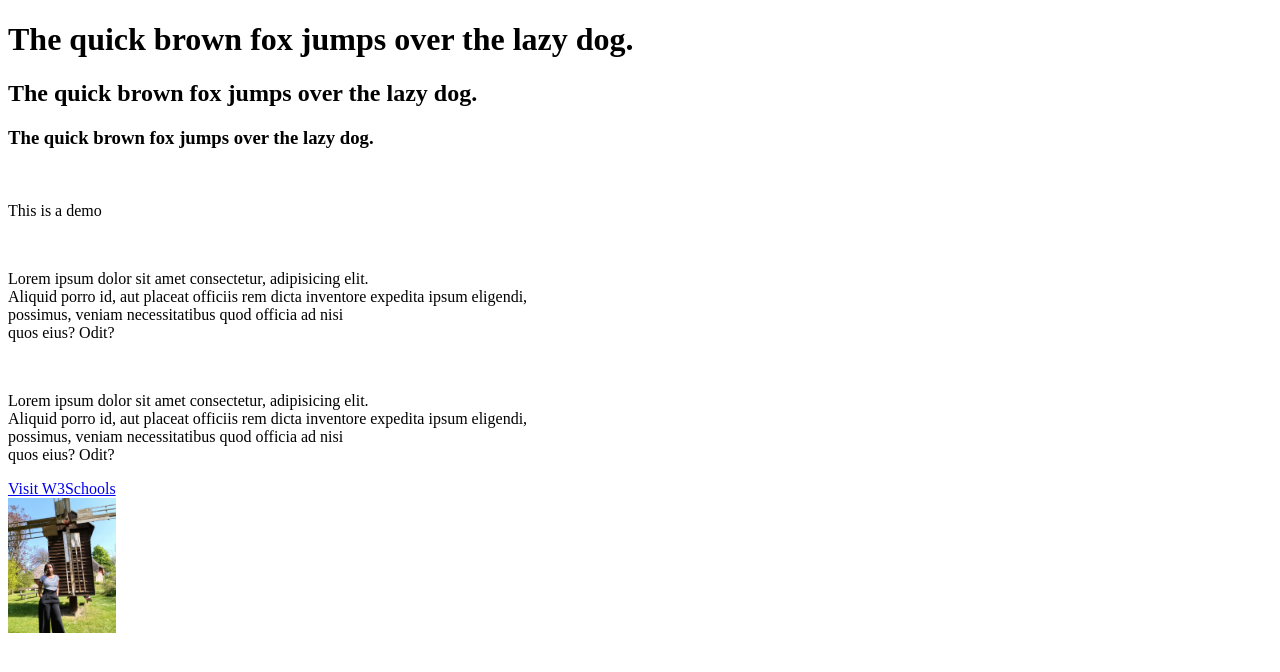
Repository: PhilipMuturi/website
Page: website/index.html
The author's editor kept a copy of each file at every save. The page is drawn from the files as they stood at one save, then again after the next save.
The browser window is 1280 px wide. The pictures show the whole page.

Above is the page before, as saved 2023-11-29 15:31:21.

### website/index.html
<!DOCTYPE html>
<html>
    <head>
        <meta charset="utf-8">
        <meta name="description" content="This is my first website">
        <meta name="author" content="Philip Muturi">
        <meta name="keywords" content="HTML, CSS">

        <meta name="viewport" content="width=device-width, initial-scale=1">

        <title>My first website</title>
    </head>
    <body>
        <h1>The quick brown fox jumps over the lazy dog.</h1>
        <h2>The quick brown fox jumps over the lazy dog.</h2>
        <h3>The quick brown fox jumps over the lazy dog.</h3>
        <br>
        <p>This is a demo</p>
        <br>
        <p>Lorem ipsum dolor sit amet consectetur, adipisicing elit.<br>
            Aliquid porro id, aut placeat officiis rem dicta inventore expedita ipsum eligendi,
            <br>possimus, veniam necessitatibus quod officia ad nisi
            <br>quos eius? Odit?</p>
            <br>
         <!--This is a comment: this one of the best websites!-->
        <p>Lorem ipsum dolor sit amet consectetur, adipisicing elit.<br>
             Aliquid porro id, aut placeat officiis rem dicta inventore expedita ipsum eligendi,
             <br>possimus, veniam necessitatibus quod officia ad nisi
             <br>quos eius? Odit?</p>

             <a href="https://www.w3schools.com">Visit W3Schools</a>
             <br>
             <img src="Jackie.jpg" height="135" width="108" alt="Jackline"/>
    </body>
</html>

After the next save:
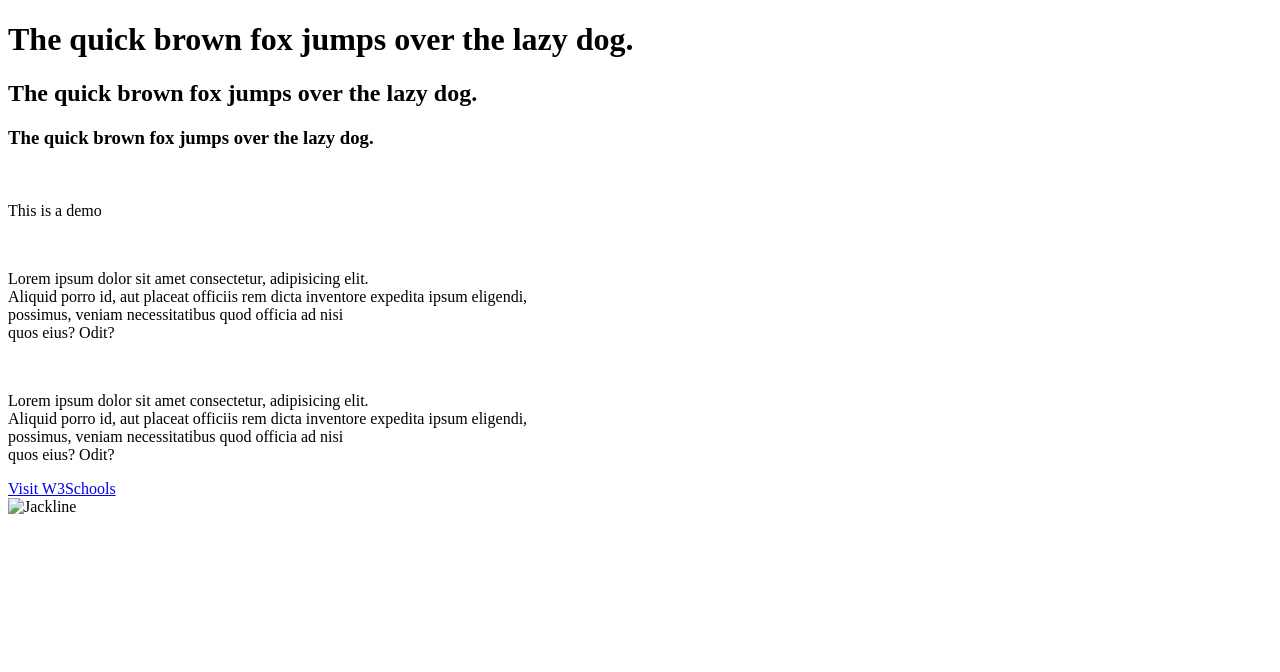
Not found: website/images/Jackie.jpg
Saved 2 min 15 s later.
--- a/website/index.html
+++ b/website/index.html
@@ -30,6 +30,6 @@
 
              <a href="https://www.w3schools.com">Visit W3Schools</a>
              <br>
-             <img src="Jackie.jpg" height="135" width="108" alt="Jackline"/>
+             <img src="images/Jackie.jpg" height="135" width="108" alt="Jackline"/>
     </body>
 </html>
